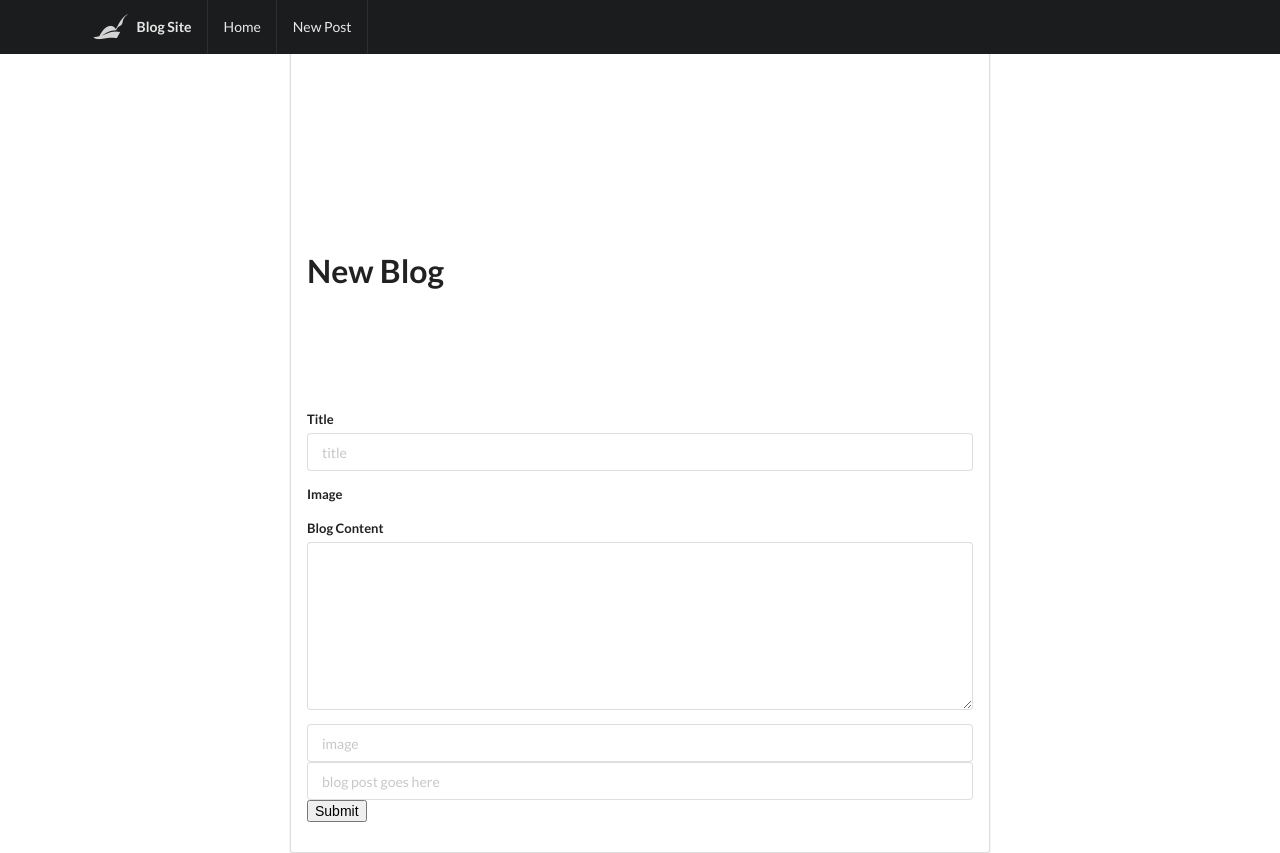
Repository: zella0/BlogApp
Page: http://localhost/blogs/new
The author's editor kept a record of every edit. The page is drawn from the files as they stood at one moment, then again after the next edit.
The browser window is 1280 px wide. The pictures show the whole page.
Some web libraries are served in a nearby version. The page is served by the project's Node server (RESTful_Routing/BlogApp/app.js).

Above is the page before.

After the next edit:
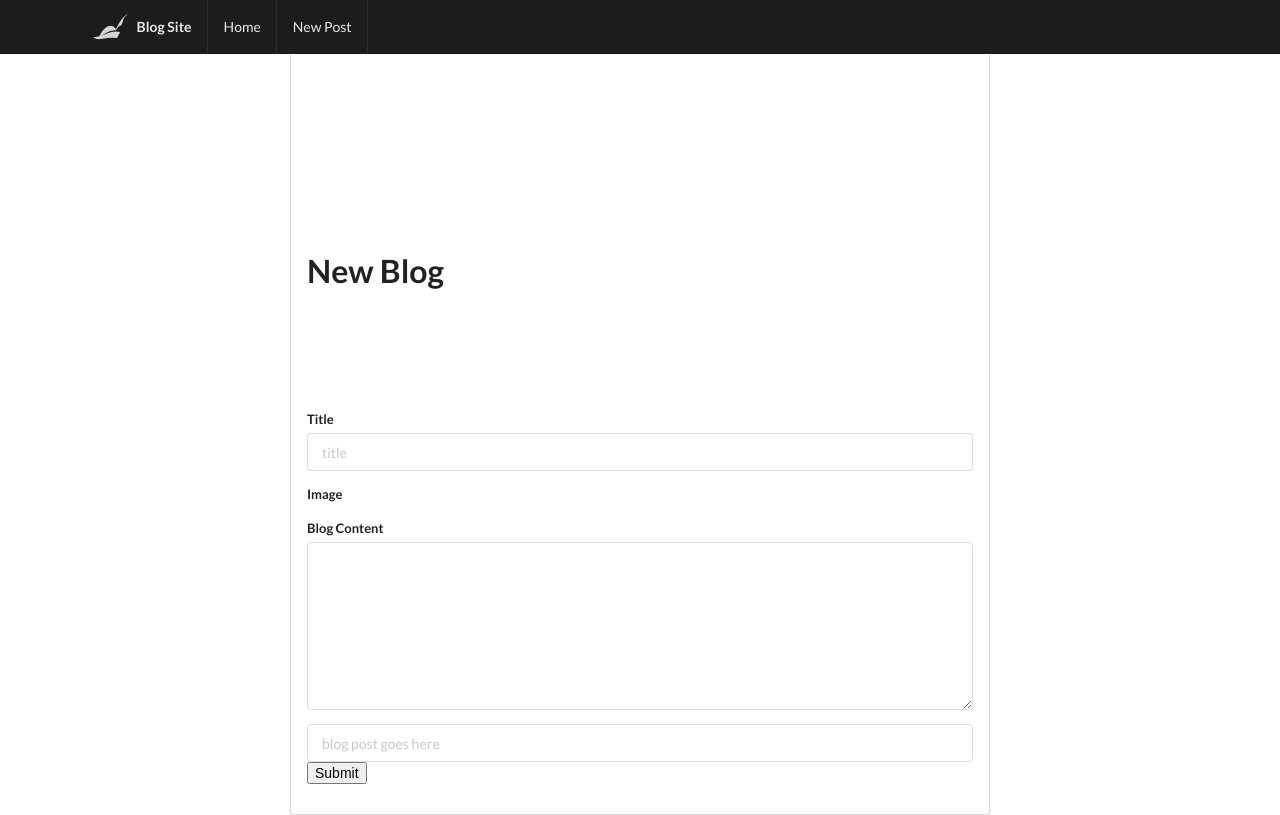
The edit:
--- a/RESTful_Routing/BlogApp/views/new.ejs
+++ b/RESTful_Routing/BlogApp/views/new.ejs
@@ -15,7 +15,7 @@
       <textarea name = 'blog[body]'></textarea>
     </div>
 
-    <input type = 'text' name = 'blog[image]' placeholder='image'>
+
     <input type = 'text' name = 'blog[body]' placeholder='blog post goes here'>
     <input type = 'submit'>
   </form>
